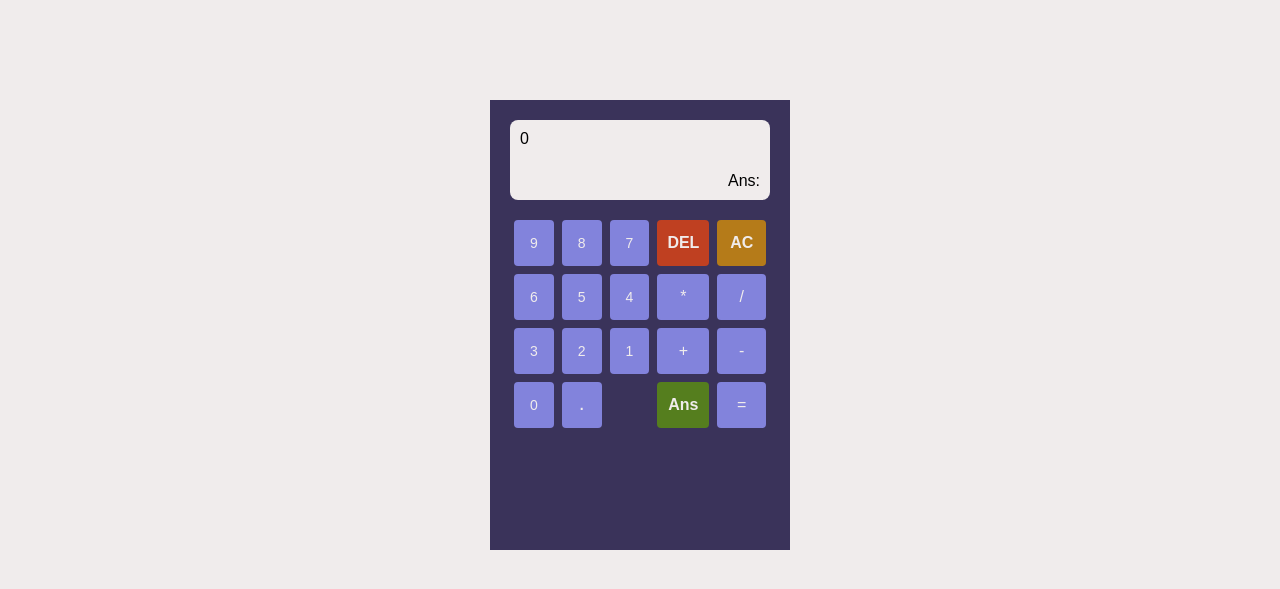
Repository: Bishek666/simple-calculator
Page: /
An editor plug-in stored every save of this project. The page is shown before and after the next save, followed by the edit.
The browser window is 1280 px wide. The pictures show the whole page.
The project was rebuilt for these pictures with package versions that can differ from the ones it lists, and the page was loaded fresh each time.

Above is the page before, as saved 2021-10-26 17:33:01.

After the next save:
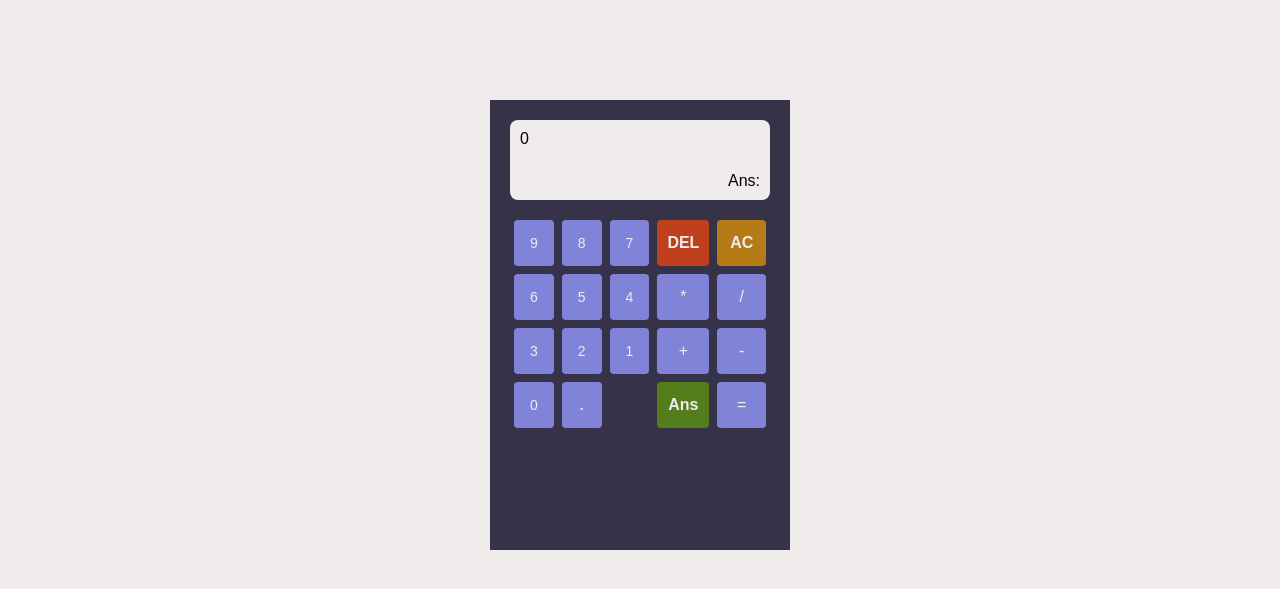
Saved 4 s later.
--- a/src/index.css
+++ b/src/index.css
@@ -1,5 +1,5 @@
 :root {
-    --primary: #090233c9;
+    --primary: #05011dc9;
     --secondary: #9699ffc9;
     --dark: #0908088a;
     --light: rgb(240, 236, 236);
